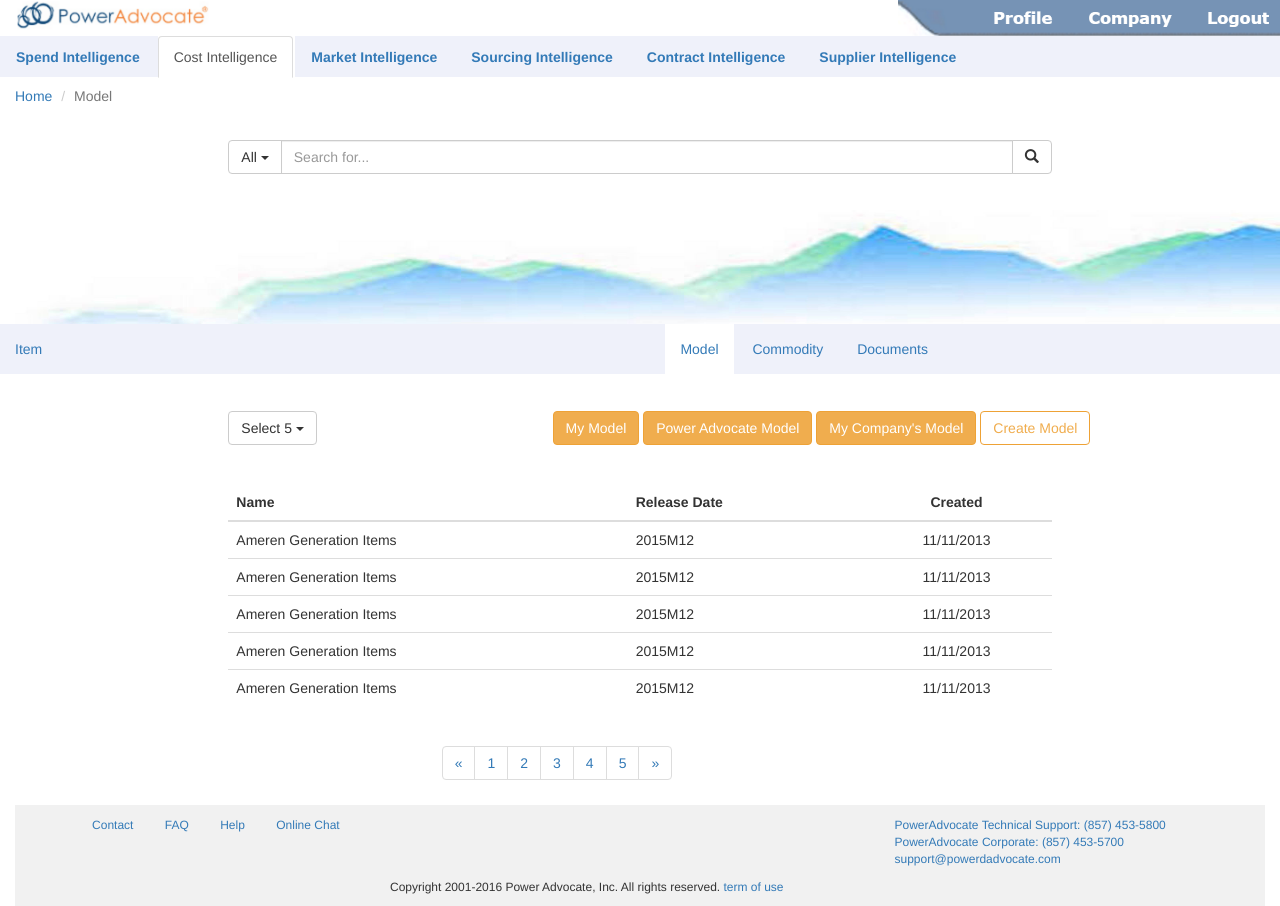
Repository: SamiraMansouri/PowerAdvocate-CostIntelligence-Application-new-Design-using-UserExperience-Method-
Page: http://localhost/PowerAdvocate/WEB-INF/views/home.jsp
An editor plug-in stored every save of this project. The page is shown before and after the next save, followed by the edit.
The browser window is 1280 px wide. The pictures show the whole page.
The page is served by Tomcat 9. Nobody is signed in. The template is opened directly, without the code that normally fills it, so the values that code supplies are empty.

Above is the page before, as saved 2016-04-25 01:29:38.

After the next save:
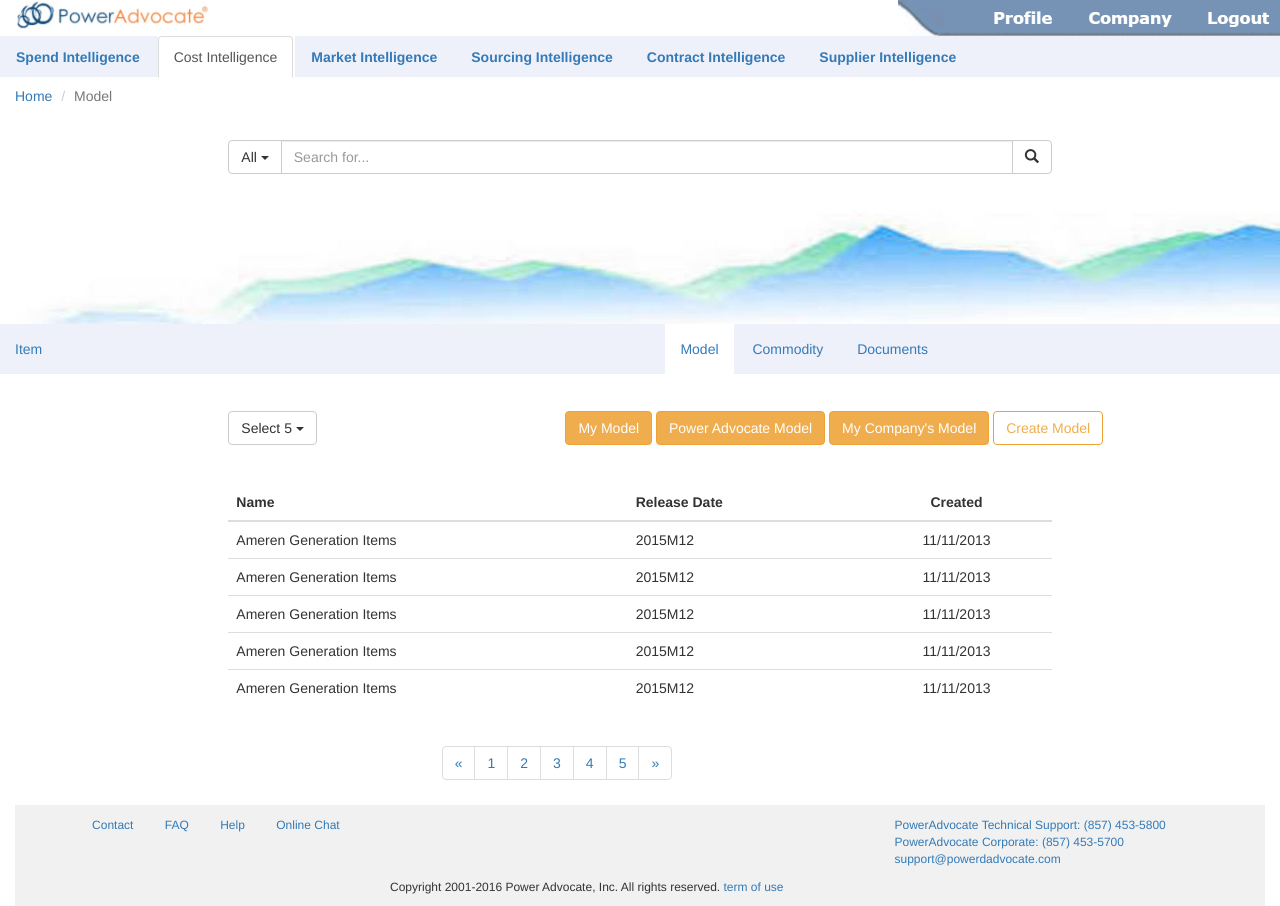
Saved 6 s later.
--- a/PowerAdvocate-Prototype/PowerAdvocate/src/main/webapp/WEB-INF/views/home.jsp
+++ b/PowerAdvocate-Prototype/PowerAdvocate/src/main/webapp/WEB-INF/views/home.jsp
@@ -233,7 +233,7 @@
 					</ul>
 				</div>
 			</div>
-			<div class="col-md-6 pull-right" style="margin-right:8%">
+			<div class="col-md-6 pull-right" style="margin-right:7%">
 				<button type="Button" class="btn btn-warning">My Model</button>
 				<button type="Button" class="btn btn-warning">Power
 					Advocate Model</button>
